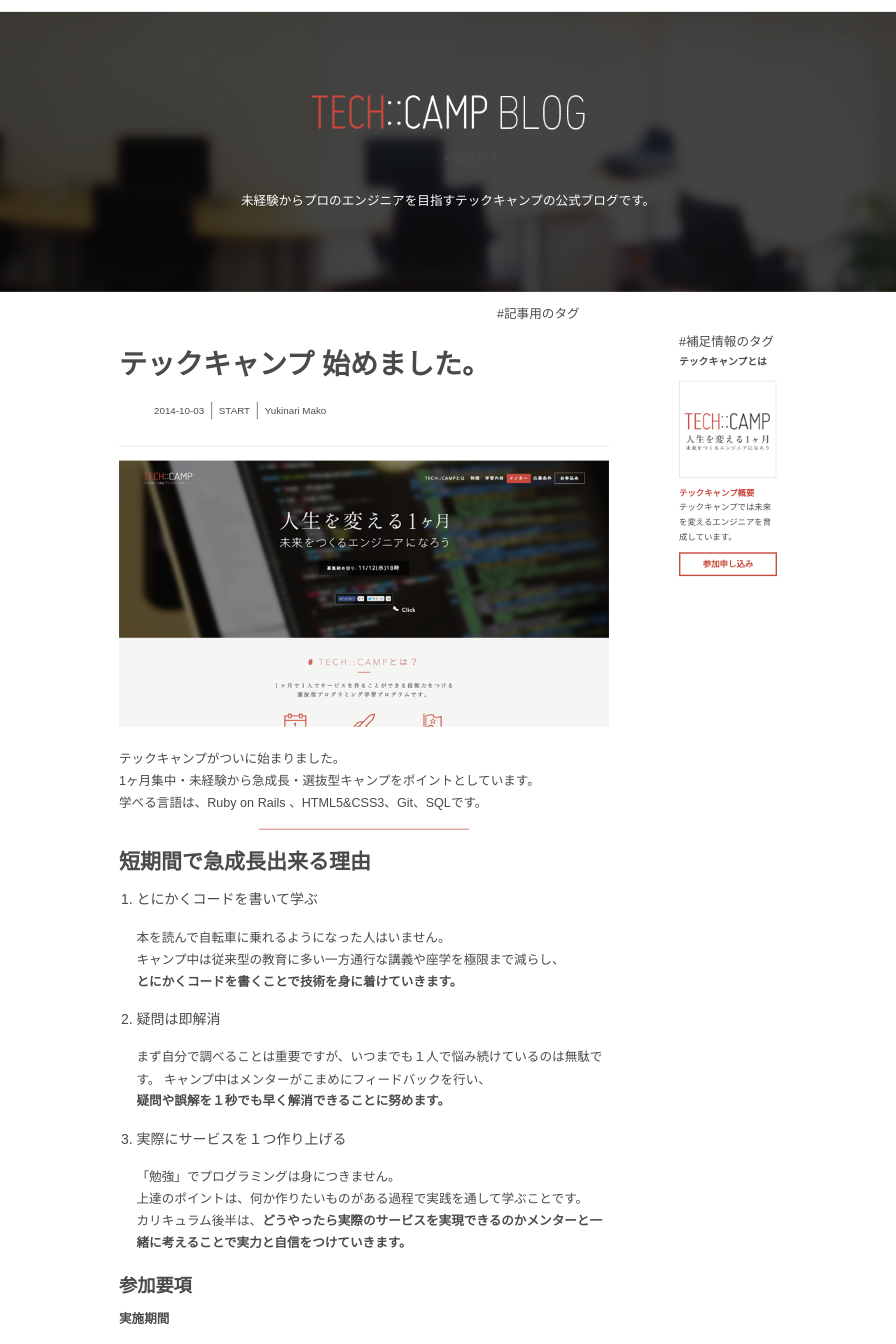
Repository: Kame0012/git_nekotter
Page: techcamp_htmlcss/techcamp_blog/index.html
The author's editor kept a record of every edit. The page is drawn from the files as they stood at one moment, then again after the next edit.
The browser window is 1280 px wide. The pictures show the part of the page from y = 0 to 1920 px (the page is 2636 px tall before and 2668 px after), at 70% of full size.

Above is the page before.

After the next edit:
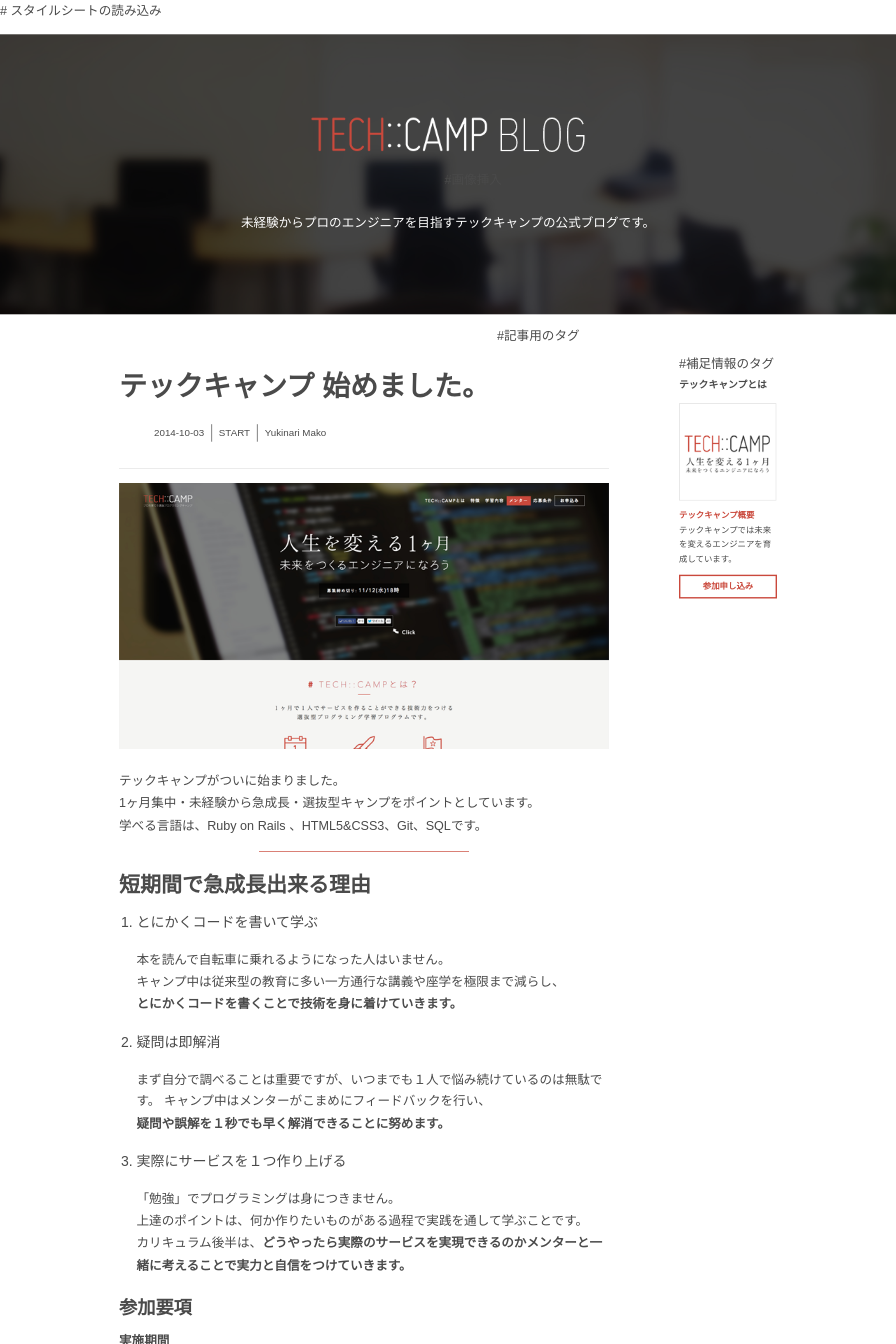
The edit:
--- a/techcamp_htmlcss/techcamp_blog/index.html
+++ b/techcamp_htmlcss/techcamp_blog/index.html
@@ -4,6 +4,7 @@
     <meta charset="UTF-8">
     <title>テックキャンプ BLOG</title>
     <link rel="stylesheet" href="style.css">
+# スタイルシートの読み込み
   </head>
 
   <body>
